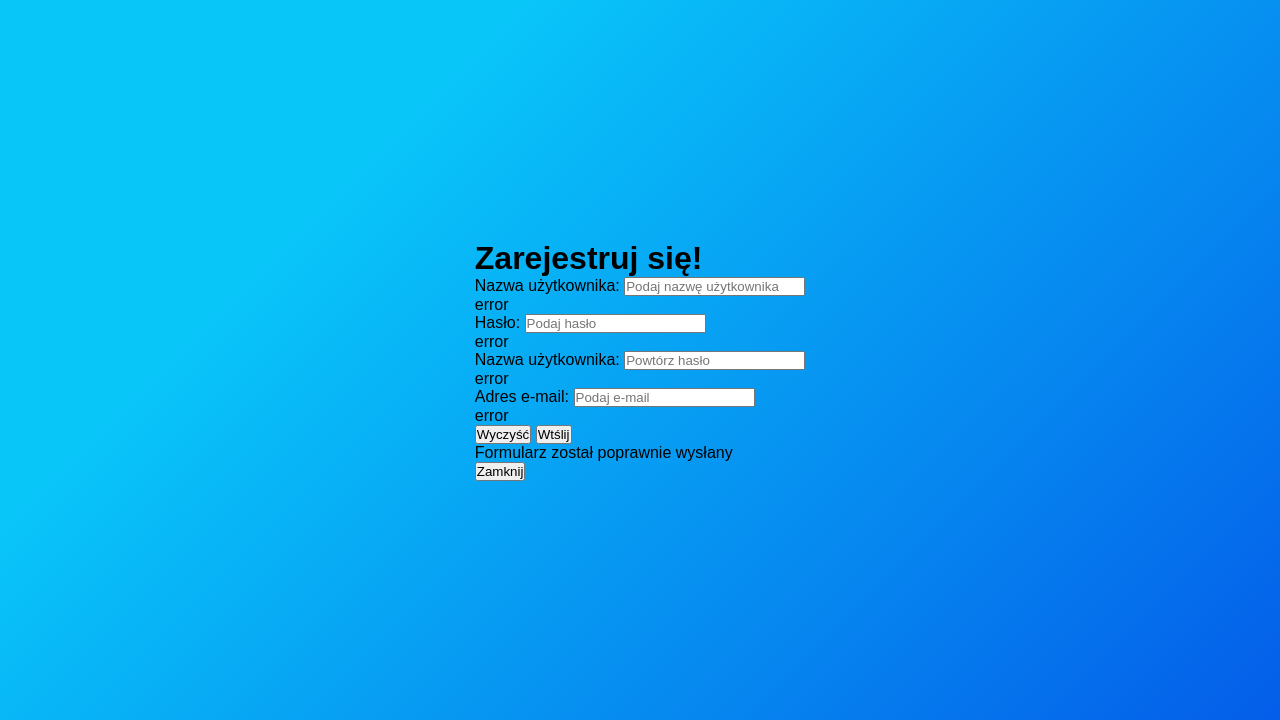
Repository: KrzysKolo/Projekt-3_Formularz-rejestracyjny
Page: index.html
These files come from the project's save history. The page is drawn as it stood at one moment and after the next save; the edit follows.
The browser window is 1280 px wide. The pictures show the whole page.
Some web fonts or font styles are not loaded; a fallback is used.

Above is the page before, as saved 2020-07-04 01:59:16.

After the next save:
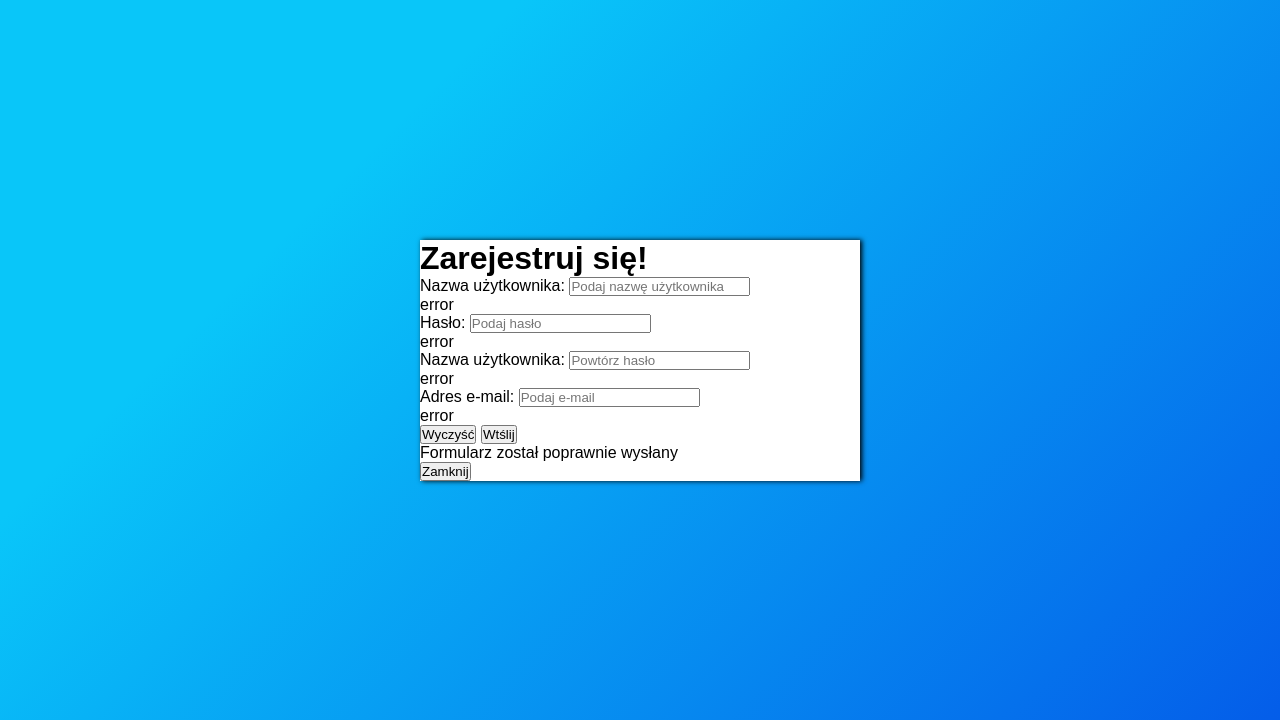
Saved 57 s later.
--- a/css/style.css
+++ b/css/style.css
@@ -11,3 +11,8 @@ body {
   font-family: "Aldrich", sans-serif;
   background-image: linear-gradient(315deg, #045de9 0%, #09c6f9 74%);
 }
+.wrapper {
+  width: 440px;
+  background-color: #fff;
+  box-shadow: 2px 0 5px #000;
+}
